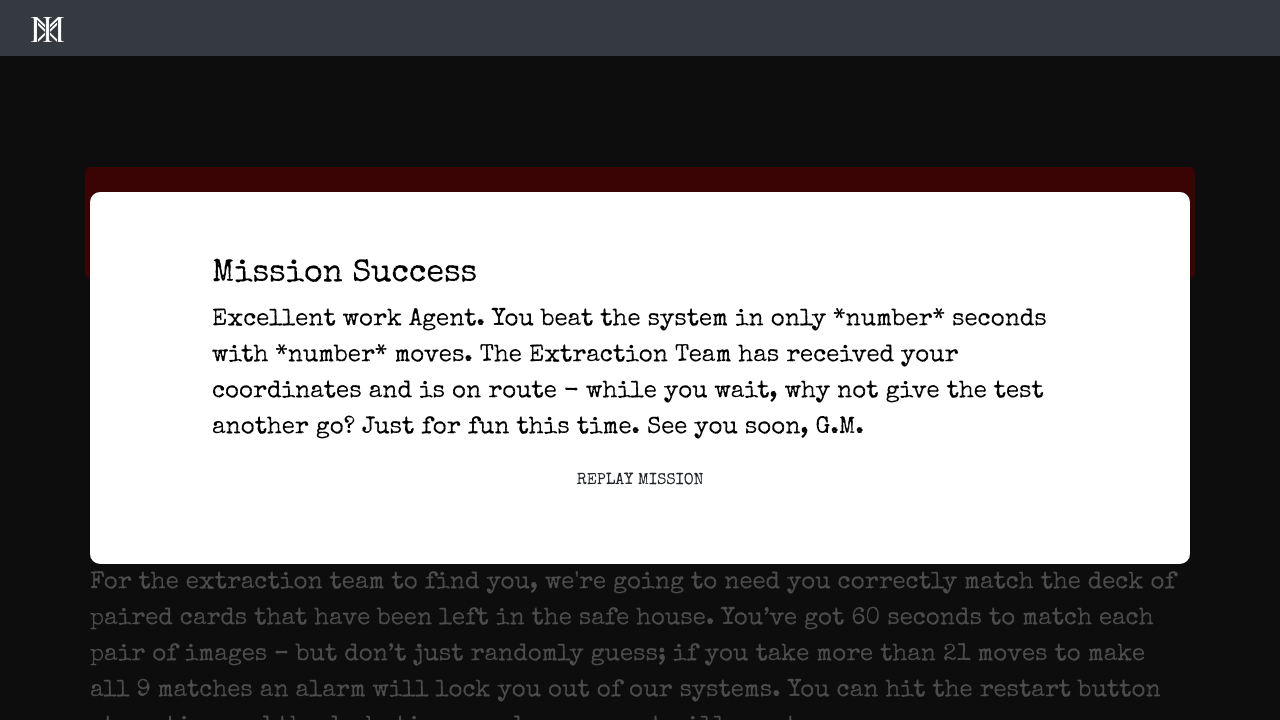
Repository: Code-Institute-Submissions/Milestone-25
Page: index.html
The author's editor kept a record of every edit. The page is drawn from the files as they stood at one moment, then again after the next edit.
The browser window is 1280 px wide. The pictures show the window.
A layer covers the whole window, so only the first screen is drawn. Some web libraries are served in a nearby version.

Above is the page before.
Console error (its wording comes from the project's code and is left out).

After the next edit:
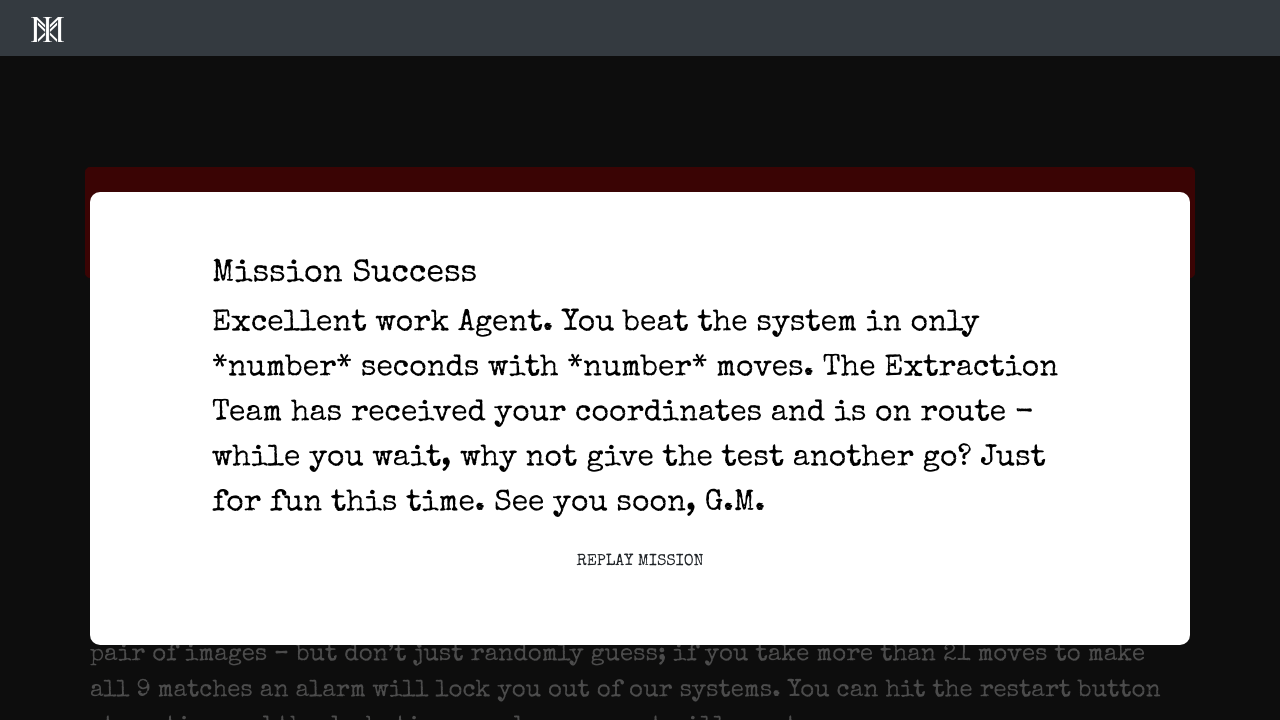
The edit:
--- a/assets/css/style.css
+++ b/assets/css/style.css
@@ -205,6 +205,7 @@
 }
 
 .box {
+    font-size:125%;
     color: #000000;
     margin: 7%;
     padding: 5%;
